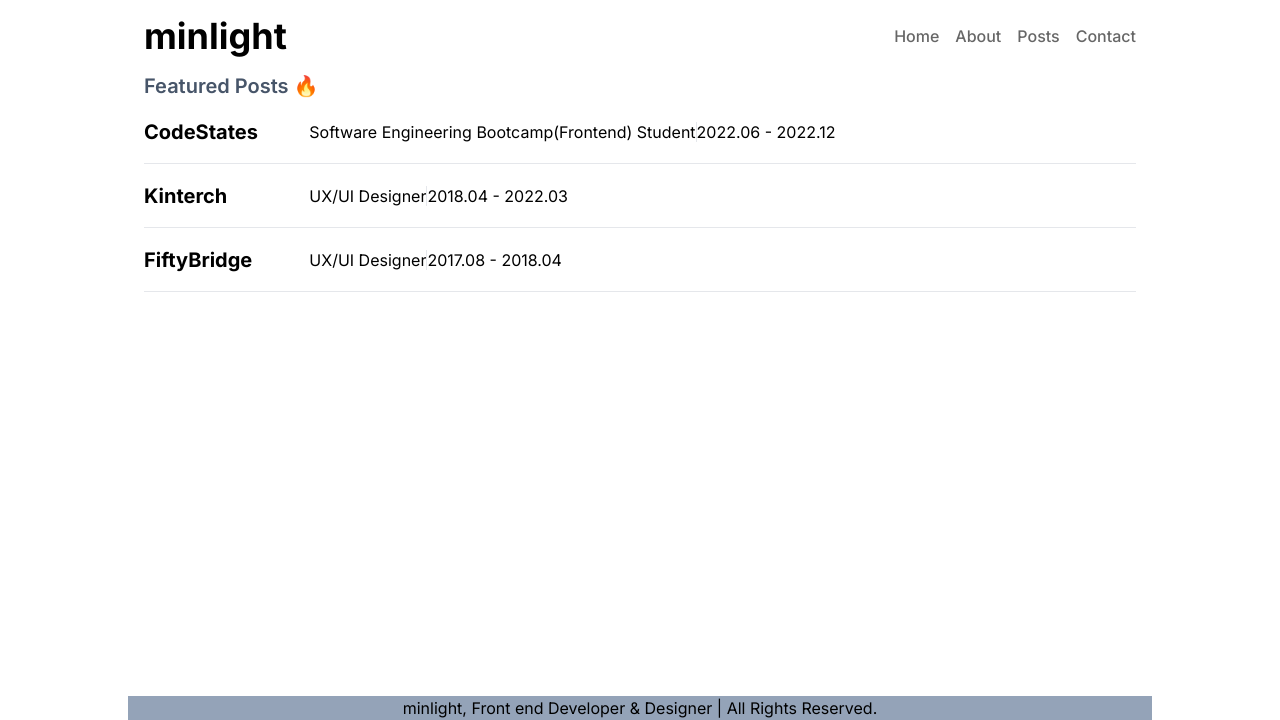
Repository: kwngmin/minlight-blog
Page: /about
These files come from the project's save history. The page is drawn as it stood at one moment and after the next save; the edit follows.
The browser window is 1280 px wide. The pictures show the whole page.
The project was rebuilt for these pictures with package versions that can differ from the ones it lists, and the page was loaded fresh each time. The framework's server and built-in components were replaced by stand-ins that run in the browser. Also part of the build but not shown: next.config.js.

Above is the page before, as saved 2023-03-31 23:59:59.

After the next save:
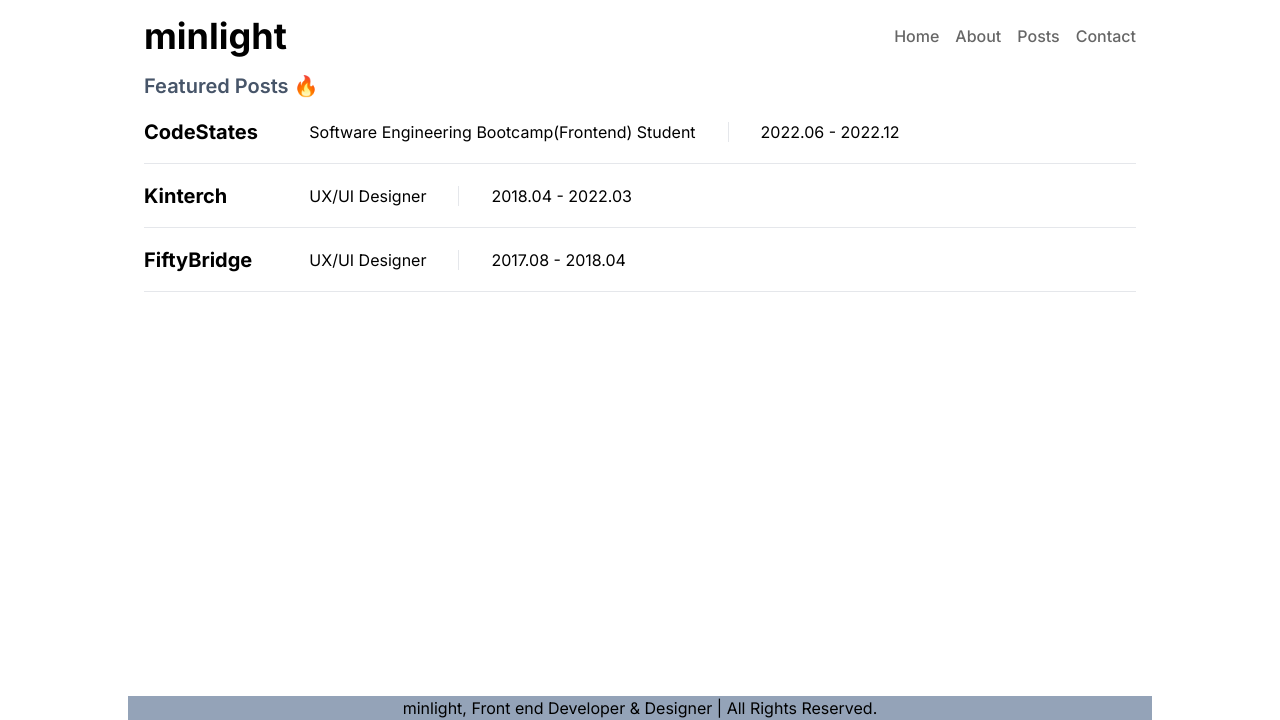
Saved 12 s later.
--- a/src/app/about/page.tsx
+++ b/src/app/about/page.tsx
@@ -27,7 +27,7 @@ export default function AboutPage() {
             <h3 className="font-bold text-xl w-1/6">{company}</h3>
             <p>
               {role}
-              <span className="border-l h-5" />
+              <span className="border-l h-5 mx-8" />
               {period}
             </p>
           </li>
